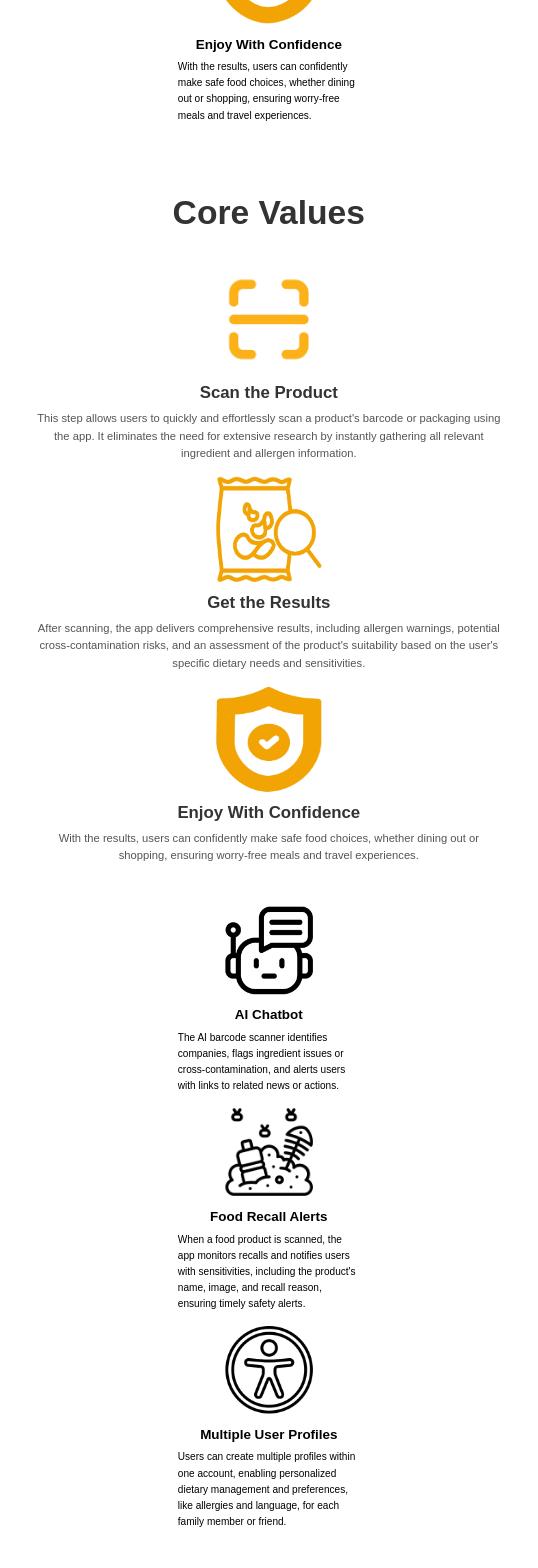
Repository: GavinPahal/landingpage
Page: /
An editor plug-in stored every save of this project. The page is shown before and after the next save, followed by the edit.
The browser window is 768 px wide. The pictures show the part of the page from y = 1956 to 4196 px (the page is 4229 px tall before and 3911 px after), at 70% of full size.
The project was rebuilt for these pictures with package versions that can differ from the ones it lists, and the page was loaded fresh each time. The framework's server and built-in components were replaced by stand-ins that run in the browser. Also part of the build but not shown: next.config.mjs.

Above is the page before, as saved 2024-11-28 18:30:58.

After the next save:
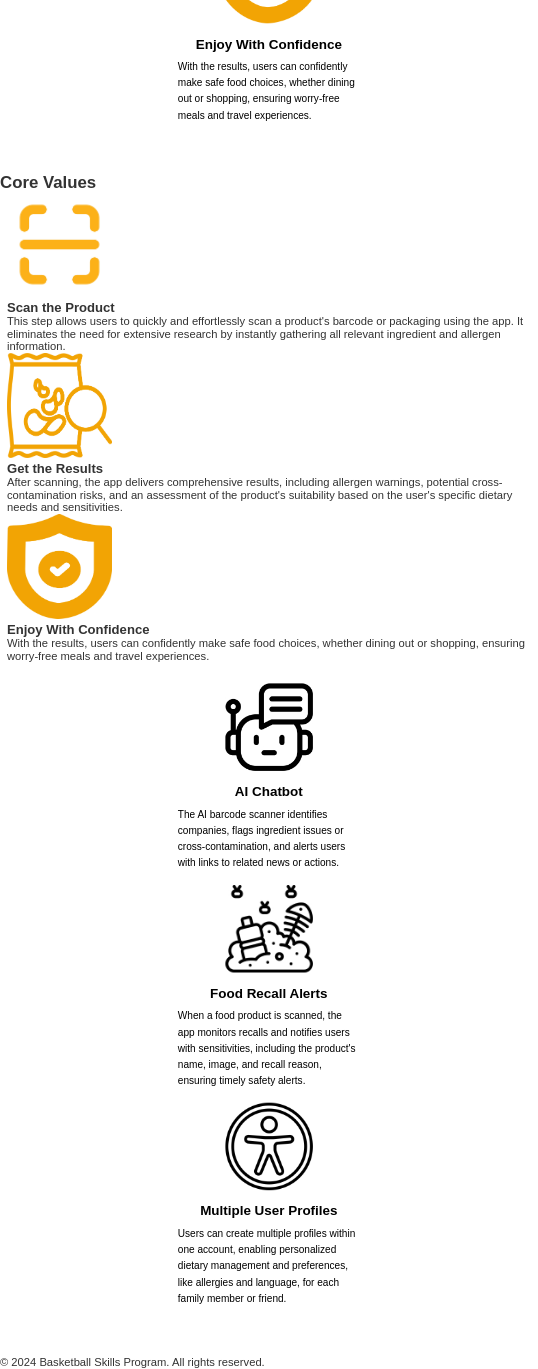
Saved 97 s later.
--- a/styles/globals.css
+++ b/styles/globals.css
@@ -265,68 +265,6 @@ body {
   text-align: left;
 }
 
-/* Core Values Section */
-.coreValues {
-  padding: 50px 20px;
-  text-align: center;
-}
-
-.coreMission h1 {
-  font-size: 3rem;
-  font-weight: bold;
-  color: #333;
-  margin-bottom: 50px;
-}
-
-/* Value Cards Section */
-.valueCards {
-  display: flex;
-  flex-wrap: wrap;
-  justify-content: space-between;
-  gap: 20px;
-}
-
-.valueCard {
-  text-align: center;
-  margin: 0 auto;
-  max-width: 400px;
-}
-
-.valueCard img {
-  display: block;
-  margin: 0 auto 15px;
-  width: 150px;
-  height: 150px;
-}
-
-.valueCard h3 {
-  font-size: 1.5rem;
-  font-weight: bold;
-  color: #333;
-  margin-bottom: 10px;
-}
-
-.valueCard p {
-  font-size: 1rem;
-  line-height: 1.6;
-  color: #555;
-}
-
-/* Responsive Design */
-@media (max-width: 768px) {
-  .coreValues {
-    padding: 30px 10px;
-  }
-
-  .valueCards {
-    flex-direction: column;
-    align-items: center;
-  }
-
-  .valueCard {
-    max-width: 90%;
-  }
-}
 
 
 @media (max-width: 1024px) {
